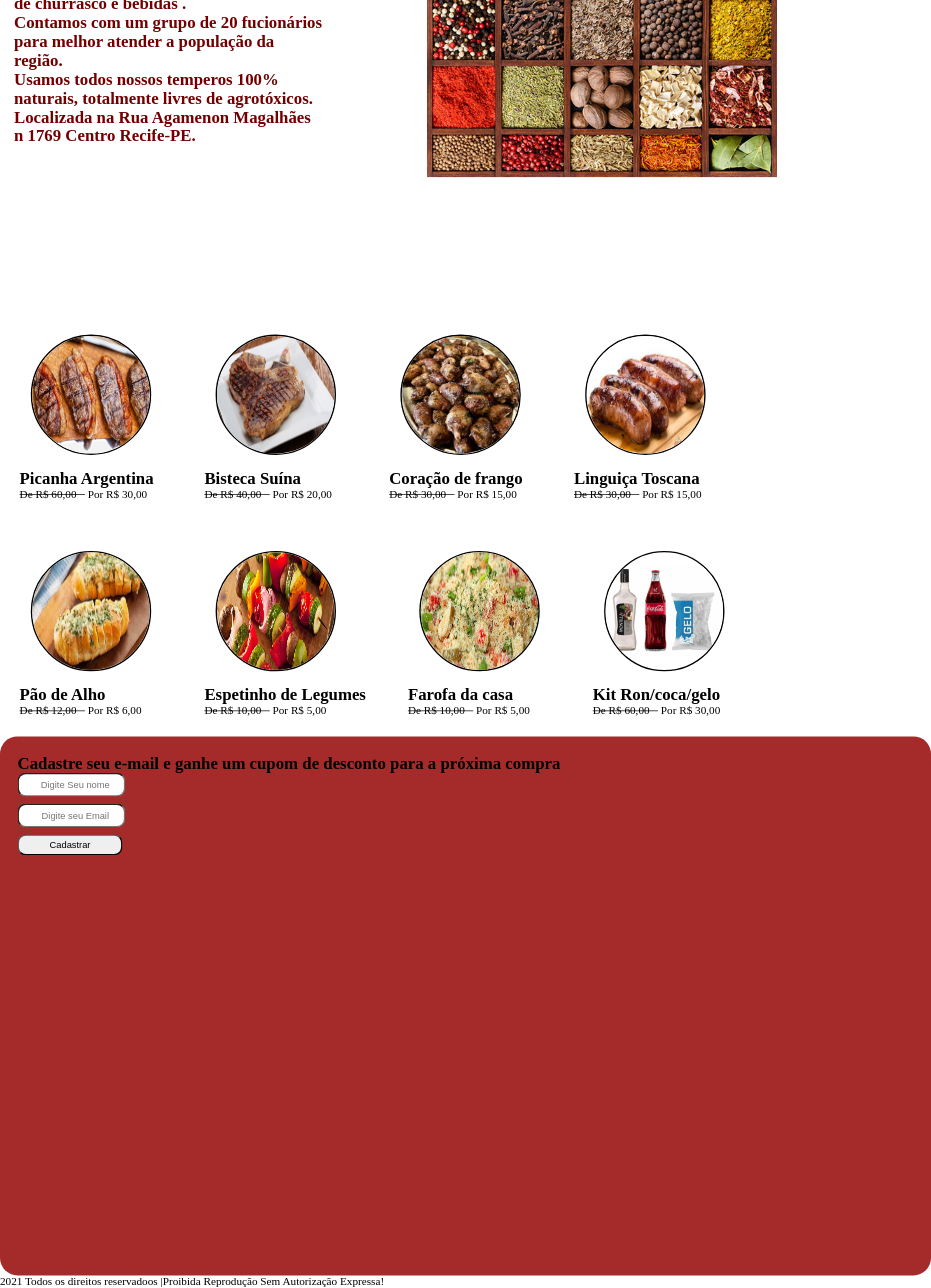
Repository: PauloMarquess/ProjetoBlackFriday
Page: index.html
The author's editor kept a copy of each file at every save. The page is drawn from the files as they stood at one save, then again after the next save.
The browser window is 1280 px wide. The page is 1330 px wide, so the pictures cover 1330 px, including what lies to the right of the window. The pictures show the part of the page from y = 960 to 2800 px (the page is 2800 px tall before and 2788 px after), at 70% of full size.

Above is the page before, as saved 2021-07-15 19:56:40.

After the next save:
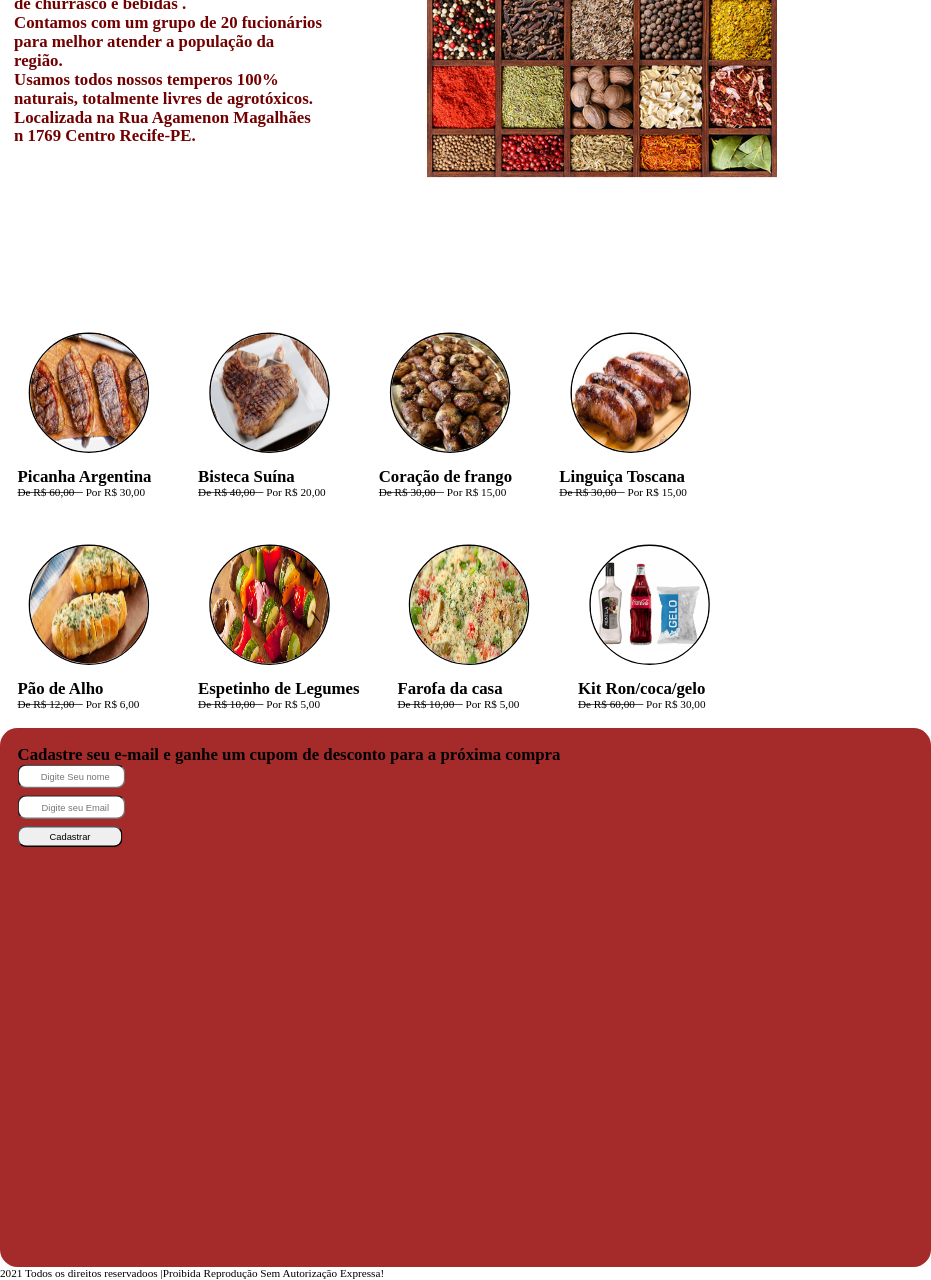
Saved 9 s later.
--- a/css/style.css
+++ b/css/style.css
@@ -82,7 +82,7 @@
 .container-card #produtos .card {
     display:inline-block;
     align-items: center;
-    margin: 28px;
+    margin: 25px;
 
 
   }
